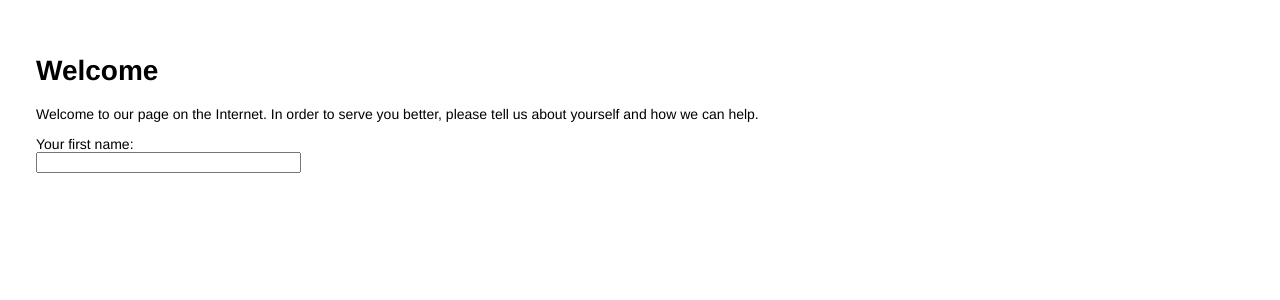
Repository: alboss/bit-175
Page: docs/customer-service.html
An editor plug-in stored every save of this project. The page is shown before and after the next save, followed by the edit.
The browser window is 1280 px wide. The pictures show the whole page.

Above is the page before, as saved 2023-04-19 14:20:07.

### docs/customer-service.html
<!DOCTYPE html>
<html lang="en">
<head>
    <meta charset="UTF-8">
    <meta http-equiv="X-UA-Compatible" content="IE=edge">
    <meta name="viewport" content="width=device-width, initial-scale=1.0">
    <link rel="stylesheet" type="text/css" href="styles/styles.css" />

    <title>Customer Service</title>
</head>
<body>
    <h1>Welcome</h1>
    <p>Welcome to our page on the Internet. In order to serve you better, please tell us about yourself and how we can help.</p>
    <form action="./customer-service.html">
<p>Your first name:<br><input id="first-name" size="30"></p>


    </form>
</body>
</html>

### docs/styles/styles.css
body {
  font-family: Helvetica, Arial, Sans-serif;
  font-size: 14px;
  padding: 2em;
}
#description {
  border: 2px solid #999;
  padding: 2em;
  margin: 2em;
}
#lead {
  font-size: 1.2em;
  color: #666;
}
.highlight {
  background-color: yellow;
  font-weight: bold;
}

nav.top ul {
  display: flex;
}
nav.top ul li {
  margin: 0px;
  padding: 10px 25px;
  border-inline: 2px solid #333;
  margin-left: -2px;
  background-color: cornsilk;
  list-style: none;
}
nav.top ul li:hover {
  background-color: blanchedalmond;
  list-style: none;
  display: block;
}

After the next save:
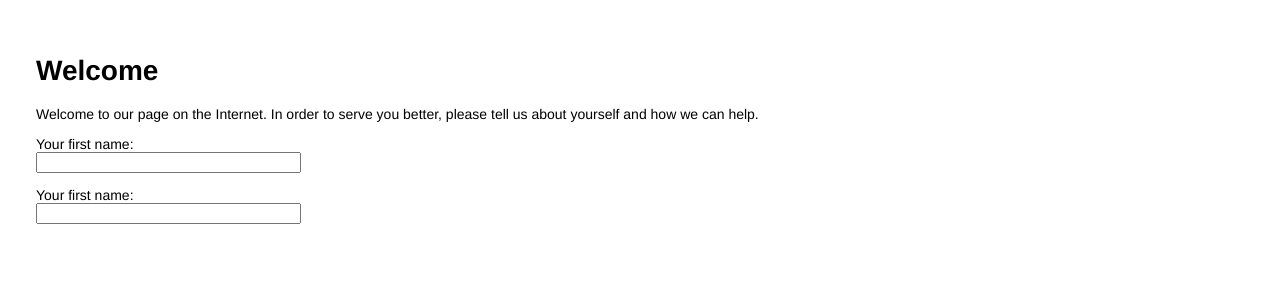
Saved 8 s later.
--- a/docs/customer-service.html
+++ b/docs/customer-service.html
@@ -13,7 +13,7 @@
     <p>Welcome to our page on the Internet. In order to serve you better, please tell us about yourself and how we can help.</p>
     <form action="./customer-service.html">
 <p>Your first name:<br><input id="first-name" size="30"></p>
-
+<p>Your first name:<br><input id="first-name" size="30"></p>
 
     </form>
 </body>
